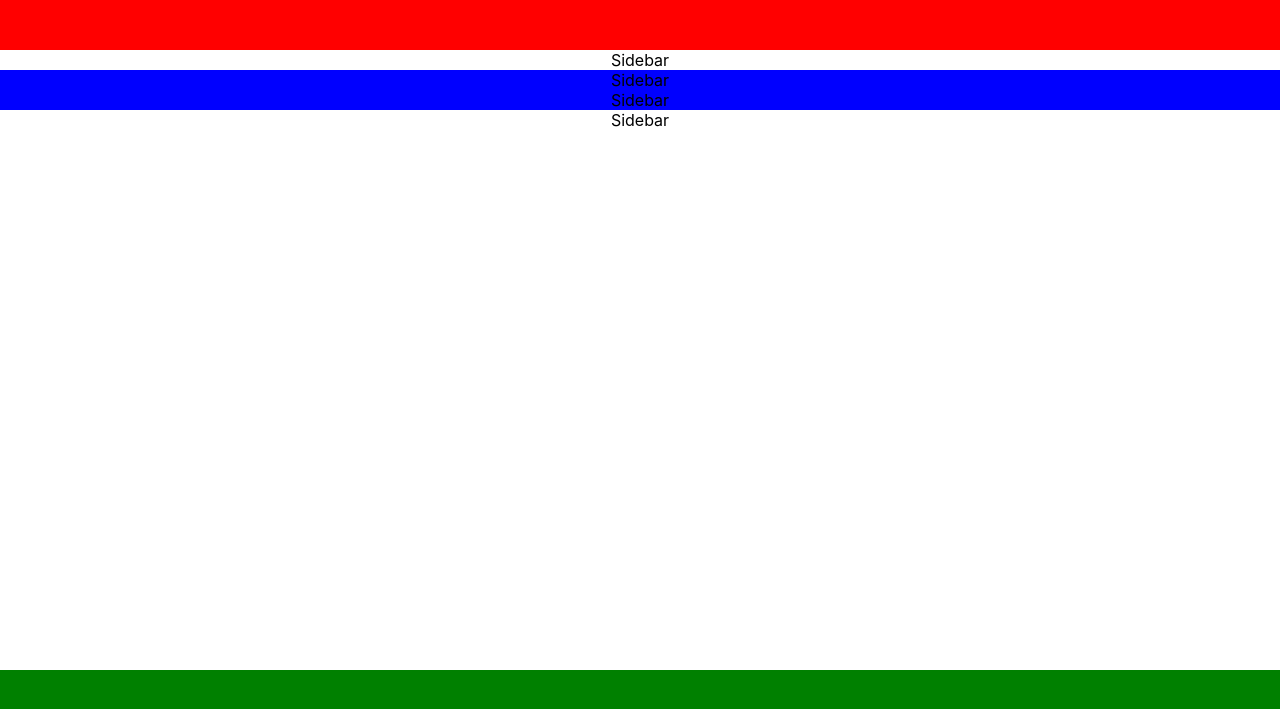
Repository: KarolPerechowski/task
Page: /
These files come from the project's save history. The page is drawn as it stood at one moment and after the next save; the edit follows.
The browser window is 1280 px wide. The pictures show the whole page.
The project was rebuilt for these pictures with package versions that can differ from the ones it lists, and the page was loaded fresh each time.

Above is the page before, as saved 2022-09-19 14:47:25.

After the next save:
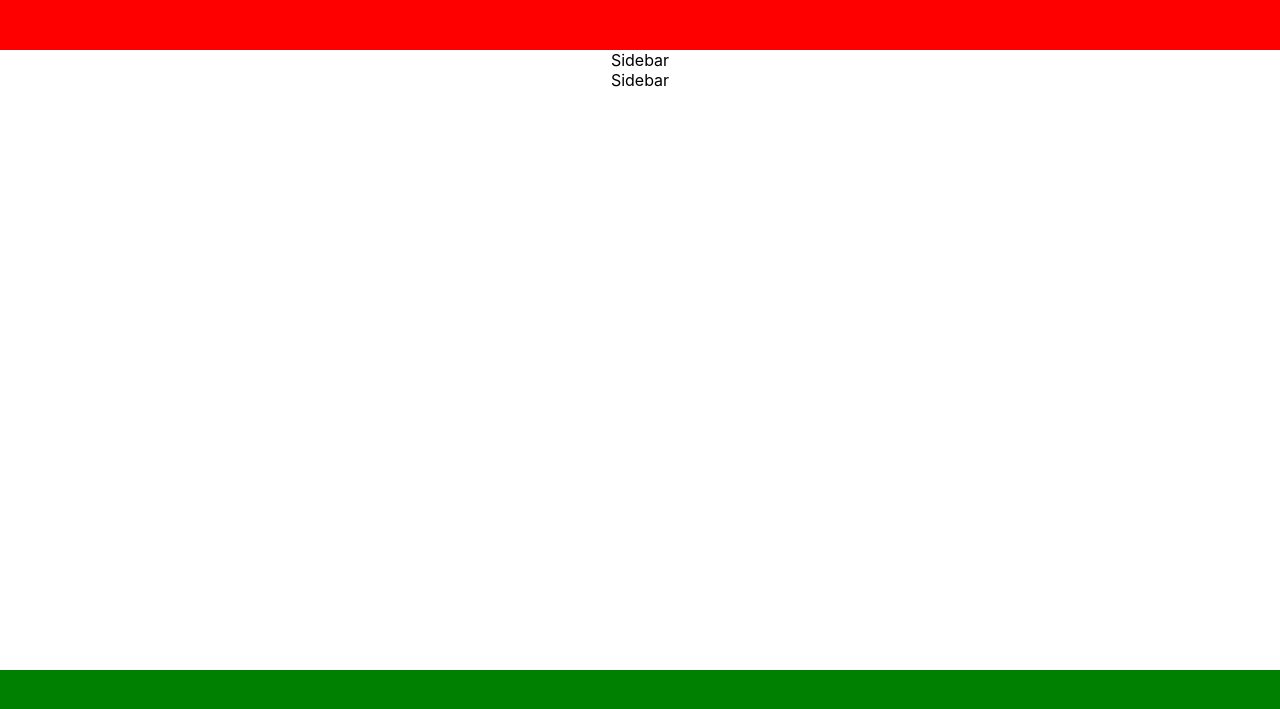
Saved 9 s later.
--- a/src/components/Body/Body.js
+++ b/src/components/Body/Body.js
@@ -2,10 +2,5 @@ import React from 'react';
 import Sidebar from '../Sidebar/Sidebar.js';
 import './body.scss';
 export default function Body() {
-  return (
-    <div className='body'>
-      <Sidebar className='sidebar-left'></Sidebar>
-      <Sidebar className='sidebar-right'></Sidebar>
-    </div>
-  );
+  return <div className='body'></div>;
 }
